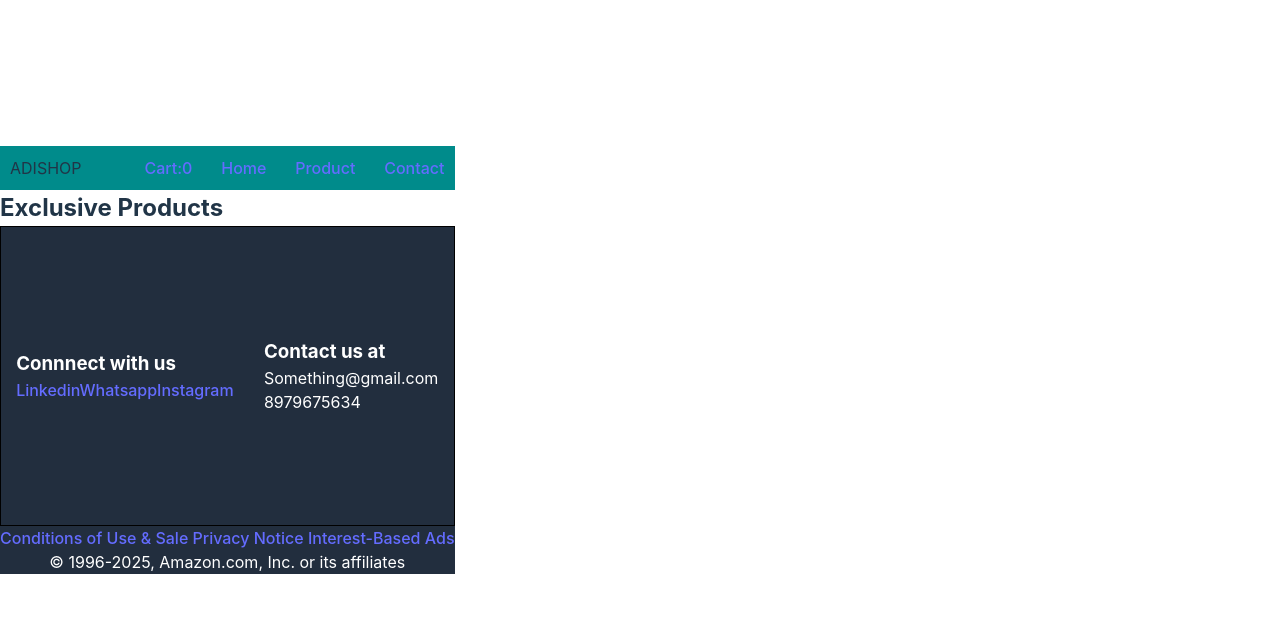
Repository: Aditya0377/React-ecommercewebsite
Page: / (app in ecommerce/)
The author's editor kept a copy of each file at every save. The page is drawn from the files as they stood at one save, then again after the next save.
The browser window is 1280 px wide. The pictures show the whole page.
The project was rebuilt for these pictures with package versions that can differ from the ones it lists, and the page was loaded fresh each time. Also part of the build but not shown: ecommerce/vite.config.js, ecommerce/src/components/Product.css, ecommerce/src/components/Product.jsx, ecommerce/src/components/Contact.css, ecommerce/src/components/Contact.jsx, ecommerce/src/components/Login.css, ecommerce/src/components/Login.jsx. Imported but missing from the stored project, and not drawn on this page: ecommerce/src/components/Cart.

Above is the page before, as saved 2025-01-23 15:31:26.

### ecommerce/src/main.jsx
import { BrowserRouter } from 'react-router-dom'
import { createRoot } from 'react-dom/client'
import './index.css'
import App from './App.jsx'

createRoot(document.getElementById('root')).render(
  <BrowserRouter>
    <App />
  </BrowserRouter>


)

### ecommerce/src/App.jsx
import React, { useState } from 'react'
import Header from './components/Header'
import { Routes, Route } from 'react-router-dom'
import Home from './components/Home'
import Product from './components/Product'
import Contact from './components/Contact'
import Login from './components/Login'
import Footer from './components/Footer'
import Cart from './components/Cart'


const App = () => {

  const [count, setCount] = useState(0);

  return (
    <div>
      <Header count={count} />
      <Routes>
        <Route path='/cart' element={<Cart />} />
        <Route path='/' element={<Home />} />
        <Route path='/product' element={<Product setCount={setCount} />} />
        <Route path='/contact' element={<Contact />} />
        <Route path='/login' element={<Login />} />



      </Routes>
      <Footer />
    </div>
  )
}

export default App

### ecommerce/src/components/Header.jsx
import React from 'react'
import "./Header.css"
import { Link } from "react-router-dom"
import { useState } from 'react'

const Header = ({ count }) => {

    const [hide, sethide] = useState(true);
    const unhide = () => {
        sethide(!hide)
        console.log(hide)
    }
    return (
        <><div className='burpar'>
            <div className='burger' onClick={unhide}>
                <div className="icon"></div>
                <div className="icon"></div>
                <div className="icon"></div>
            </div>
            <div className="search"><input type="search" name="" id="" placeholder='Search Here' /></div>

        </div>
            <div className={`nav ${hide ? 'shownav' : 'hidenav'}`}>
                <div className="logo">ADISHOP</div>
                <div className="menu">

                    <ul>

                        <li>
                            <Link to='/cart'>Cart:{count}</Link>
                        </li>
                        <li>
                            <Link to='/'>Home</Link>
                        </li>
                        <li>
                            <Link to='/product'>Product</Link>
                        </li>
                        <li>
                            <Link to='/contact'>Contact</Link>

                        </li>
                    </ul>
                </div>
            </div>
        </>
    )
}

export default Header

### ecommerce/src/components/Home.jsx
import React from 'react'
import './Home.css'
const Home = () => {
    return (
        <div className='homepar'>
            <h2>
                Exclusive Products
            </h2>

        </div>
    )
}

export default Home

### ecommerce/src/components/Footer.jsx
import React from 'react'
import { Link } from 'react-router-dom'
import './Footer.css'

const Footer = () => {
    return (
        <div className='footer'>
            <div className="info">
                <div className='connect'>
                    <h3>Connnect with us</h3>
                    <Link to='/linkedin'>Linkedin</Link>
                    <Link to='/linkedin'>Whatsapp</Link>
                    <Link to='/linkedin'>Instagram</Link>

                </div>
                <div className="contactus">
                    <h3>Contact us at</h3>
                    <div className="email">Something@gmail.com</div>
                    <div className="phoneNumber">8979675634</div>
                </div>
            </div>
            <div className="copyinfo">
                <div className="cop1">
                    <Link>Conditions of Use & Sale</Link>
                    <Link>  Privacy Notice</Link>
                    <Link>  Interest-Based Ads</Link>
                </div>
                <div className="cop2">© 1996-2025, Amazon.com, Inc. or its affiliates</div>
            </div>
        </div>
    )
}

export default Footer

### ecommerce/src/components/Header.css
*{
    box-sizing: border-box;
    margin: 0px;
    padding: 0px;
}

.nav{
    padding:10px;
    display: flex;
    justify-content: space-between;
    align-items: center;
    background-color: darkcyan;
}
.menu ul {
    list-style: none;
    display: flex;
    width: 300px;
    justify-content: space-between;
}
.burpar{
    display: none;
}
.icon{
    width: 20px;
    border: 2px solid black;
    margin: 1px;
}
@media screen and (max-width:550px){
    .burpar{
        height: 25px;
        display: flex;
        justify-content: space-between;
        align-items: center;

    }
    .burger{
        display: block;
    }
    .nav{
        width: 90px;
        display: block;
        transition: transform 500ms ease-in;

    }
    .logo{
        display: none;
    }
    .menu ul{

        width: 100%;
         display:flex;
         flex-direction: column;
         align-items: center;
         gap: 10px;
    }
    .shownav{
        transform: translateX(0%);
    }
    .hidenav{
        transform: translateX(-100px)

    }

}

### ecommerce/src/components/Footer.css
.footer{
    display: flex;
    background-color: rgb(34,46,62);
    flex-direction: column;
    color: white;
}
.info{
    width: 100%;
    height: 300px;
    display: flex;
    justify-content: space-around;
    align-items: center;
    border: 1px solid black;
}
.copyinfo{
    text-align: center;
}
a {
    text-decoration: none;

}

### ecommerce/src/components/Pracctise.jsx
import React from 'react'

const Pracctise = () => {
    return (
        <div>
            hello
        </div>
    )
}

export default Pracctise

Loaded but not shown: ecommerce/index.html (common file); ecommerce/src/index.css (common file); ecommerce/src/components/Home.css (no stored copy; drawn as an empty file)

After the next save:
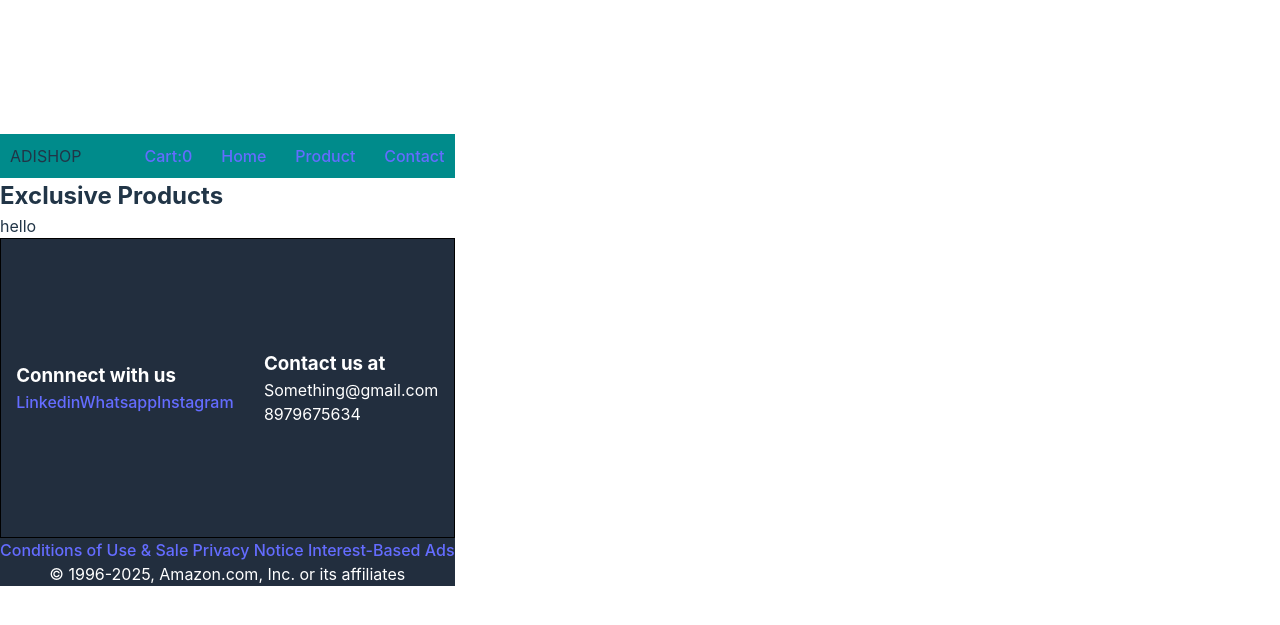
Saved 48 s later.
--- a/ecommerce/src/App.jsx
+++ b/ecommerce/src/App.jsx
@@ -7,6 +7,7 @@
 import Login from './components/Login'
 import Footer from './components/Footer'
 import Cart from './components/Cart'
+import Pracctise from './components/Pracctise'
 
 
 const App = () => {
@@ -26,6 +27,7 @@
 
 
       </Routes>
+      <Pracctise />
       <Footer />
     </div>
   )
